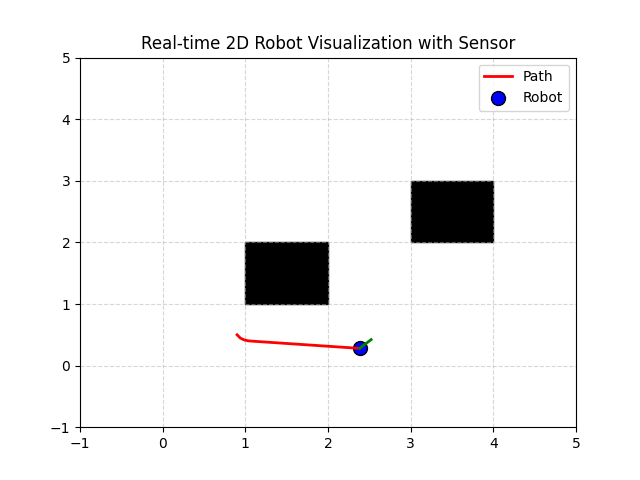
Repository: JLCucumber/comp0244-go2
Script's output: python src/cw1_team_2/2D_environment/main.py
An editor plug-in stored every save of this project. The script's output is shown before and after the next save, followed by the edit.
Animations are shown at an early frame. Random numbers start from a fixed seed.

Above is the script's output before, as saved 2025-02-16 03:05:49.

### src/cw1_team_2/2D_environment/main.py
import time

from matplotlib import pyplot as plt
from environment import Environment
from robot import Robot
from visualization import plot_environment

if __name__ == "__main__":
    env = Environment()  # 生成 2D 地图
    robot = Robot(env, start_pos=(0.9, 0.5), start_angle=0.79, sensor_range=0.6)  # 创建机器人

    plt.ion()  # 开启 Matplotlib 交互模式

    for _ in range(500):  # 运行 50 步

        robot.navigate()  # 机器人导航
        plot_environment(env, robot)  # 实时绘制环境和轨迹
        plt.gcf().canvas.mpl_connect('key_press_event', lambda event: exit(0) if event.key == 'q' else None)
        time.sleep(0.1)  # 控制动画速度

    plt.ioff()  # 关闭交互模式
    plt.show()

### src/cw1_team_2/2D_environment/environment.py
import json
import numpy as np

class Environment:
    """2D 障碍物环境"""

    def __init__(self, map_file=None, robot_radius=0.01):
        self.obstacles = []
        self.robot_radius = robot_radius  # 机器人半径
        if map_file:
            self.load_map(map_file)
        else:
            self.generate_default_map()

    def generate_default_map(self):
        """生成默认障碍物地图"""
        self.obstacles = [
            {"x_min": 1, "y_min": 1, "x_max": 2, "y_max": 2},  # 正方形障碍物
            {"x_min": 3, "y_min": 2, "x_max": 4, "y_max": 3},  # 另一个障碍物
        ]

    def load_map(self, map_file):
        """从 JSON 文件加载地图"""
        with open(map_file, "r") as f:
            self.obstacles = json.load(f)

    def get_obstacles_near(self, position, sensor_range):
        """返回在 `sensor_range` 内的障碍物边界点"""
        nearby_points = []
        for obs in self.obstacles:
            # 获取障碍物四个角的坐标
            edge_points = [
                (obs["x_min"], obs["y_min"]),
                (obs["x_max"], obs["y_min"]),
                (obs["x_max"], obs["y_max"]),
                (obs["x_min"], obs["y_max"])
            ]

            # 生成额外边界上的点，提高检测精度
            step = 0.02  # 采样间距
            for x in np.arange(obs["x_min"], obs["x_max"], step):
                edge_points.append((x, obs["y_min"]))
                edge_points.append((x, obs["y_max"]))
            for y in np.arange(obs["y_min"], obs["y_max"], step):
                edge_points.append((obs["x_min"], y))
                edge_points.append((obs["x_max"], y))

            for point in edge_points:
                point = np.array(point)
                if np.linalg.norm(position - point) <= sensor_range:
                    nearby_points.append(point)

        return nearby_points

    def is_collision(self, position):
        """
        检测机器人当前位置是否与障碍物碰撞
        - 机器人应该 **可以贴近障碍物**，但不应**进入障碍物内部**
        """
        x, y = position
        for obs in self.obstacles:
            # 计算机器人到障碍物边界的最短距离
            x_nearest = max(obs["x_min"], min(x, obs["x_max"]))
            y_nearest = max(obs["y_min"], min(y, obs["y_max"]))
            distance = np.linalg.norm([x - x_nearest, y - y_nearest])

            # 允许机器人在边界上移动，但不能进入障碍物
            if distance < self.robot_radius:
                return True  # 机器人撞上了障碍物

        return False  # 机器人未撞上障碍物

### src/cw1_team_2/2D_environment/robot.py
import numpy as np
from obstacle_follow import ObstacleFollower

class Robot:
    """带方向的可移动机器人，增加局部传感器 & 障碍物跟随"""

    def __init__(self, env, start_pos=(0.5, 0.5), start_angle=0, sensor_range=0.9, step_size=0.05):
        self.env = env
        self.position = np.array(start_pos)
        self.angle = start_angle  # 方向，以弧度表示
        self.sensor_range = sensor_range
        self.step_size = step_size  # 机器人步长
        self.path = [tuple(self.position)]  # 记录轨迹
        self.follower = ObstacleFollower(self, follow_distance=self.sensor_range)  # 绑定绕障行为

    def move_forward(self):
        """沿当前方向前进"""
        dx = self.step_size * np.cos(self.angle)
        dy = self.step_size * np.sin(self.angle)
        new_pos = self.position + np.array([dx, dy])

        # 仅当未撞上障碍物时更新位置
        if not self.env.is_collision(new_pos):
            self.position = new_pos
            self.path.append(tuple(self.position))

    def rotate(self, delta_angle):
        """旋转机器人"""
        self.angle += delta_angle  # 角度单位为弧度

    def get_local_obstacles(self):
        """获取局部感知到的障碍物点"""
        return self.env.get_obstacles_near(self.position, self.sensor_range)

    def navigate(self):
        """导航逻辑：检测障碍物 -> 决定绕障或前进"""
        nearest_obs = self.follower.check_if_near_obstacle()

        if nearest_obs is not None:
            self.follower.follow_obstacle()  # 触发绕障
        else:
            self.move_forward()  # 机器人前进
            self.rotate(0.01)  # 每步旋转 0.1 弧度

### src/cw1_team_2/2D_environment/obstacle_follow.py
import numpy as np

class ObstacleFollower:
    """机器人绕障碍物逆时针运动"""

    def __init__(self, robot, follow_distance=0.2, step_size=0.05):
        """
        :param robot: 机器人对象
        :param follow_distance: 机器人希望保持的障碍物边界距离
        :param step_size: 机器人每次移动的步长
        """
        self.robot = robot
        self.follow_distance = follow_distance
        self.step_size = step_size
        self.following_obstacle = False  # 是否在绕障模式
        self.last_tangent_direction = None  # 记录上一步的切向方向

    def check_if_near_obstacle(self):
        """检查机器人是否接近障碍物，并计算最近的边界点"""
        local_obstacles = self.robot.get_local_obstacles()
        if not local_obstacles:
            return None, float("inf")  # 没有障碍物

        # 找到最近的障碍物点
        min_dist = float("inf")
        nearest_obs_point = None
        for point in local_obstacles:
            dist = np.linalg.norm(self.robot.position - point)
            if dist < min_dist:
                min_dist = dist
                nearest_obs_point = np.array(point)

        return nearest_obs_point, min_dist

    def follow_obstacle(self):
        """执行逆时针绕障行为，保持机器人贴近障碍物"""
        nearest_obs, nearest_obs_dist = self.check_if_near_obstacle()

        if nearest_obs is None:
            # 如果短暂丢失障碍物检测，继续沿着上次方向移动，避免脱离
            if self.last_tangent_direction is not None:
                self.robot.position += self.last_tangent_direction * self.step_size
                self.robot.path.append(tuple(self.robot.position))
                return True
            else:
                self.following_obstacle = False
                return False  # 退出绕障模式

        # 计算到障碍物的方向（法向量）
        direction = self.robot.position - nearest_obs
        direction /= np.linalg.norm(direction)

        # 计算逆时针切向方向 (左手法则，旋转 90°)
        tangent_direction = np.array([-direction[1], direction[0]])

        # 平滑拐角调整（防止剧烈方向变化）
        if self.last_tangent_direction is not None:
            tangent_direction = 0.7 * self.last_tangent_direction + 0.3 * tangent_direction
            tangent_direction /= np.linalg.norm(tangent_direction)

        # **🚀 关键改进：调整机器人位置，使其保持恒定距离**
        distance_error = nearest_obs_dist - self.follow_distance
        correction_vector = -direction * distance_error * 0.5  # 控制机器人靠近/远离障碍物

        # 让机器人沿着障碍物边界移动，同时修正靠近障碍物
        self.robot.position += tangent_direction * self.step_size + correction_vector
        self.robot.path.append(tuple(self.robot.position))

        # 记录最新的切向方向
        self.last_tangent_direction = tangent_direction
        return True

### src/cw1_team_2/2D_environment/visualization.py
import matplotlib.pyplot as plt
import numpy as np

def plot_environment(env, robot):
    """绘制环境、障碍物和机器人轨迹"""

    plt.clf()  # 清除上一帧

    # 绘制障碍物
    for obs in env.obstacles:
        width = abs(obs["x_max"] - obs["x_min"])
        height = abs(obs["y_max"] - obs["y_min"])
        plt.gca().add_patch(plt.Rectangle((obs["x_min"], obs["y_min"]), width, height, color="black"))

    # 绘制机器人轨迹
    path = np.array(robot.path)
    plt.plot(path[:, 0], path[:, 1], 'r-', label="Path", linewidth=2)

    # 绘制机器人当前位置
    plt.scatter(robot.position[0], robot.position[1], color='blue', s=100, edgecolors='black', label="Robot")

    # 绘制机器人朝向
    heading = robot.position + np.array([np.cos(robot.angle), np.sin(robot.angle)]) * 0.2
    plt.plot([robot.position[0], heading[0]], [robot.position[1], heading[1]], 'g-', linewidth=2)

    # 绘制传感器感知到的障碍物点
    local_obstacles = robot.get_local_obstacles()
    if local_obstacles:
        obs_points = np.array(local_obstacles)
        plt.scatter(obs_points[:, 0], obs_points[:, 1], color='red', s=5, label="Detected Obstacles")

    plt.xlim(-1, 5)
    plt.ylim(-1, 5)
    plt.grid(True, linestyle="--", alpha=0.5)
    plt.legend()
    plt.title("Real-time 2D Robot Visualization with Sensor")
    plt.pause(0.1)

After the next save:
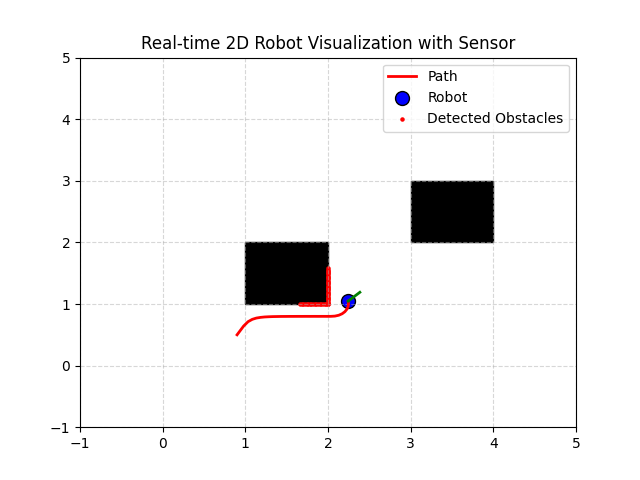
Saved 37 s later.
--- a/src/cw1_team_2/2D_environment/robot.py
+++ b/src/cw1_team_2/2D_environment/robot.py
@@ -11,7 +11,7 @@ class Robot:
         self.sensor_range = sensor_range
         self.step_size = step_size  # 机器人步长
         self.path = [tuple(self.position)]  # 记录轨迹
-        self.follower = ObstacleFollower(self, follow_distance=self.sensor_range)  # 绑定绕障行为
+        self.follower = ObstacleFollower(self)  # 绑定绕障行为
 
     def move_forward(self):
         """沿当前方向前进"""
